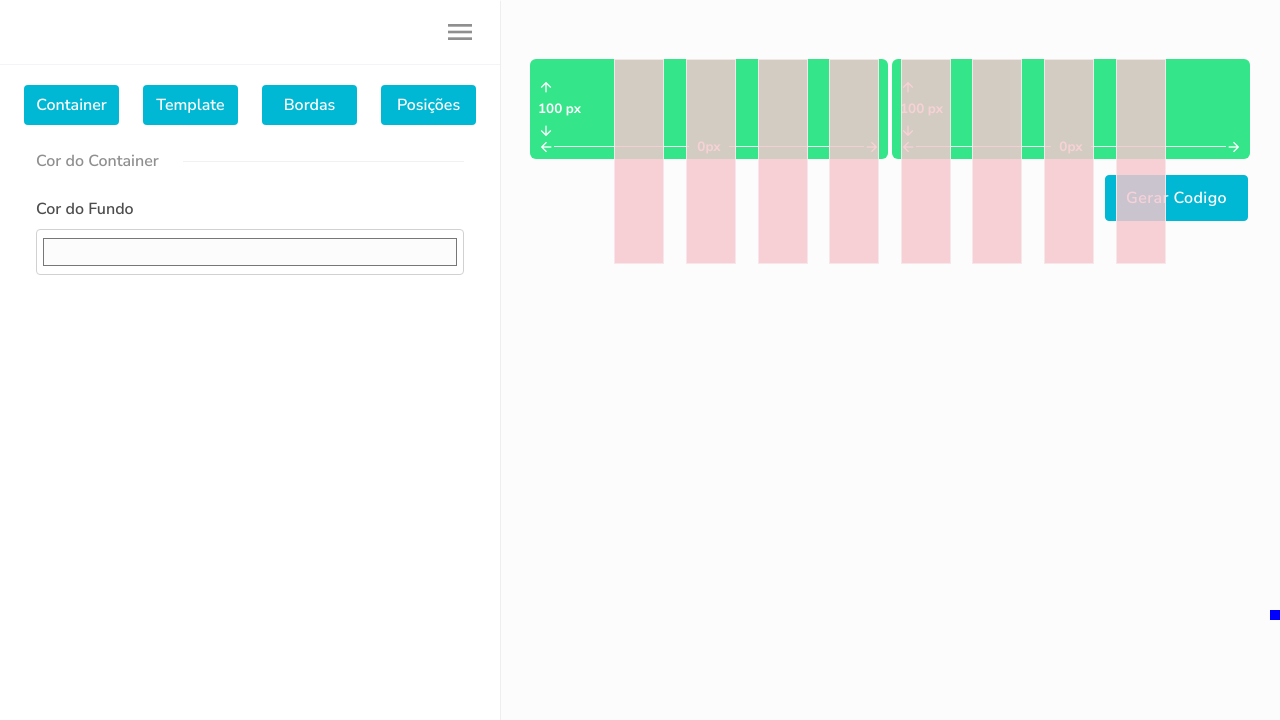
Repository: Flintdl/lowcode-elements
Page: /
These files come from the project's save history. The page is drawn as it stood at one moment and after the next save; the edit follows.
The browser window is 1280 px wide. The pictures show the whole page.
After loading, the first visible `div.sf-content-page` was clicked once.
The project was rebuilt for these pictures with package versions that can differ from the ones it lists, and the page was loaded fresh each time. Also part of the build but not shown: vue.config.js.

Above is the page before, as saved 2022-04-10 15:07:22.

### src/components/Menu/MenuTemplate.vue
<template>
  <div>
    <div
      class="ham burger-link-mobile sf-display-flex sf-display-md-none"
      @click="menu"
    >
      <i class="mdi mdi-menu sf-text-xlg sf-text-muted sf-dropdown-action"></i>
    </div>
    <nav class="sf-menu">
      <div class="sf-menu-header">
        <div
          @click="menu"
          class="hamburger-link sf-display-none sf-display-md-block"
        >
          <i
            class="mdi mdi-menu sf-text-xlg sf-text-muted sf-dropdown-action"
          ></i>
        </div>
      </div>
      <div class="sf-menu-body">
        <div class="sf-row sf-px-4" style="visibility: visible">
          <div
            v-for="tab of tabs"
            v-bind:key="tab.label"
            class="sf-col-3 sf-text-center sf-form-group"
          >
            <div
              @click="showContent"
              :dataRef="tab.ref"
              class="sf-btn-primary sf-cursor-pointer sf-p-2 sf-text-white sf-font-weight-bold sf-border-radius"
            >
              {{ tab.label }}
            </div>
          </div>
        </div>
        <ul class="sf-menu-ul sf-menu-content open" ref="container-collapse">
          <li class="sf-menu-li sf-px-4">
            <div class="sf-col-12 sf-form-group">
              <span
                class="sf-text-nowrap sf-text-md sf-font-weight-bold sf-text-muted sf-display-flex sf-align-items-center"
              >
                Cor do Container
                <hr class="sf-width-100 sf-ml-4" />
              </span>
            </div>
            <InputContainerColor
              :valorInput="inputContainerColor"
              v-on:callback="getValorContainerCor"
            />
          </li>
        </ul>
        <ul class="sf-menu-ul sf-menu-content" ref="template-collapse">
          <li class="sf-menu-li sf-px-4">
            <div class="sf-row">
              <div class="sf-col-12 sf-form-group">
                <span
                  class="sf-text-md sf-font-weight-bold sf-text-muted sf-display-flex sf-align-items-center"
                >
                  Template
                  <hr class="sf-width-100 sf-ml-4" />
                </span>
              </div>
              <InputGapTemplate
                :valorInput="inputGap"
                v-on:callback="getValorCampo"
              />
              <InputQuantidadeTemplate
                :valorInput="inputQuantidade"
                v-on:callback="getValorCampoQuantidade"
              />
              <InputQuantLinhasTemplate
                :valorInput="inputQuantidadeLinha"
                v-on:callback="getValorCampoQuantidadeLinha"
              />
              <InputLarguraBloco
                :valorInput="inputRange"
                v-on:callback="getValorLarguraBloco"
              />
              <InputAlturaBloco
                :valorInput="valorHeight"
                v-on:callback="getValorAlturaBloco"
              />
            </div>
            <div class="sf-row">
              <div class="sf-col-4 sf-form-group">
                <label class="sf-label">Cor</label>
                <input
                  type="color"
                  id="inputColor"
                  v-model="inputColor"
                  class="sf-p-1 sf-text-capitalize"
                  placeholder="Quantidade de Blocos"
                />
              </div>
            </div>
          </li>
        </ul>
        <ul class="sf-menu-ul sf-menu-content" ref="border-collapse">
          <li class="sf-menu-li sf-px-4">
            <div class="sf-row">
              <div class="sf-col-12 sf-form-group">
                <span
                  class="sf-text-md sf-font-weight-bold sf-text-muted sf-display-flex sf-align-items-center"
                >
                  Bordas
                  <hr class="sf-width-100 sf-ml-4" />
                </span>
              </div>
              <InputBorderRadiusBloco
                :valorInput="inputBorderRadius"
                v-on:callback="getValorRadiusBloco"
              />
              <InputBorderBloco
                :valorInput="inputBorder"
                v-on:callback="getValorBorderBloco"
              />
              <InputBorderCorBloco
                :valorInput="inputBorderColor"
                v-on:callback="getValorBorderCorBloco"
              />
              <InputBorderTipoBloco
                :valorInput="inputBorderTipo"
                v-on:callback="getValorBorderTipoBloco"
              />
            </div>
          </li>
        </ul>
        <ul class="sf-menu-ul sf-menu-content" ref="position-collapse">
          <li class="sf-menu-li sf-px-4">
            <InputPosicaoBloco
              :valorInput="checkValue"
              v-on:callback="getValorPosicaoBloco"
            />
          </li>
        </ul>
      </div>
    </nav>
    <div class="sf-content-page sf-background-resize" :style="containerCss">
      <HomeView
        :valor="inputRange"
        :inputGap="inputGap"
        :valorHeight="valorHeight"
        :quantidade="parseInt(inputQuantidade)"
        :quantidadeLinha="parseInt(inputQuantidadeLinha)"
        :inputBorderRadius="inputBorderRadius"
        :checkValue="checkValue"
        :inputColor="inputColor"
        :inputBorder="inputBorder"
        :inputBorderColor="inputBorderColor"
        :inputBorderTipo="inputBorderTipo"
      />
    </div>
    <div class="ga-mascara-fundo" @click="mask"></div>
  </div>
</template>

<script>
import HomeView from "@/views/HomeView.vue";
import InputGapTemplate from "@/components/templates/InputGapTemplate.vue";
import InputQuantidadeTemplate from "@/components/templates/InputQuantidadeTemplate.vue";
import InputQuantLinhasTemplate from "@/components/templates/InputQuantLinhasTemplate.vue";
import InputLarguraBloco from "@/components/templates/InputLarguraBloco.vue";
import InputAlturaBloco from "@/components/templates/InputAlturaBloco.vue";
import InputBorderRadiusBloco from "@/components/templates/InputBorderRadiusBloco.vue";
import InputBorderBloco from "@/components/templates/InputBorderBloco.vue";
import InputPosicaoBloco from "@/components/templates/InputPosicaoBloco.vue";
import InputBorderCorBloco from "@/components/templates/InputBorderCorBloco.vue";
import InputBorderTipoBloco from "@/components/templates/InputBorderTipoBloco.vue";
import InputContainerColor from "@/components/templates/InputContainerColor.vue";
import image from "@/assets/logo-soften.webp";

export default {
  name: "MenuTemplate",
  data: function () {
    return {
      inputQuantidade: (this.inputQuantidade = "2"),
      inputQuantidadeLinha: (this.inputQuantidadeLinha = "2"),
      inputBorderRadius: (this.inputBorderRadius = "6"),
      inputRange: (this.inputRange = "100"),
      valorHeight: (this.valorHeight = "100"),
      inputGap: (this.inputGap = "4"),
      checkValue: (this.checkValue = "center"),
      inputColor: (this.inputColor = "#34E589"),
      inputBorder: (this.inputBorder = "0"),
      inputBorderColor: (this.inputBorderColor = ""),
      inputBorderTipo: (this.inputBorderTipo = ""),
      inputContainerColor: (this.inputContainerColor = "#FCFCFC"),
      image: image,

      tabs: [
        { label: "Container", ref: "container-collapse" },
        { label: "Template", ref: "template-collapse" },
        { label: "Bordas", ref: "border-collapse" },
        { label: "Posições", ref: "position-collapse" },
      ],
    };
  },
  components: {
    HomeView,
    InputGapTemplate,
    InputQuantidadeTemplate,
    InputQuantLinhasTemplate,
    InputLarguraBloco,
    InputAlturaBloco,
    InputPosicaoBloco,
    InputBorderRadiusBloco,
    InputBorderBloco,
    InputBorderCorBloco,
    InputBorderTipoBloco,
    InputContainerColor,
  },
  beforeMount() {
    function attr() {
      var p = document.querySelector(".sf-background-resize");

      p.addEventListener(
        "click",
        function init() {
          p.removeEventListener("click", init, false);
          p.className = p.className + " resizable";
          var resizer = document.createElement("div");
          resizer.className = "resizer";
          p.appendChild(resizer);
          resizer.addEventListener("mousedown", initDrag, false);
        },
        false
      );

      var startX, startWidth;

      function initDrag(e) {
        startX = e.clientX;
        startWidth = parseInt(
          document.defaultView.getComputedStyle(p).width,
          10
        );
        document.documentElement.addEventListener("mousemove", doDrag, false);
        document.documentElement.addEventListener("mouseup", stopDrag, false);
      }

      function doDrag(e) {
        console.log(p.offsetWidth);
        console.log(document.body.offsetWidth);
        p.style.width = startWidth + e.clientX - startX + "px";
      }

      function stopDrag() {
        document.documentElement.removeEventListener(
          "mousemove",
          doDrag,
          false
        );
        document.documentElement.removeEventListener(
          "mouseup",
          stopDrag,
          false
        );
      }
    }

    setTimeout(() => {
      attr();
    }, 1000);

    if (window.innerWidth >= 768) {
      if (localStorage.getItem("menu") === "fechado") {
        document.body.classList.add("menu-fechado");
      } else {
        document.body.classList.remove("menu-fechado");
      }
    }

    (function () {
      var current = window.location.pathname.split("")[0];
      if (current === "") return;
      var menuItems = document.querySelectorAll(".sf-menu-list-link");
      for (var i = 0, len = menuItems.length; i < len; i++) {
        if (menuItems[i].getAttribute("href").indexOf(current) !== -1) {
          menuItems[i].className += " active-nolink";
          menuItems[i].nextElementSibling.className += " active-nolink";
        }
      }
    })();
  },
  computed: {
    containerCss() {
      return {
        "background-color": this.inputContainerColor,
        height: "100vh",
      };
    },
  },
  methods: {
    showContent(e) {
      var referenciaItem = this.$refs[e.currentTarget.getAttribute("dataRef")];
      for (let i = 0; i < this.tabs.length; i++) {
        const element = this.tabs[i];
        if (this.$refs[element.ref]) {
          if (this.$refs[element.ref].classList.contains("open"))
            this.$refs[element.ref].classList.remove("open");
        }
      }
      if (referenciaItem) {
        referenciaItem.classList.toggle("open");
        if (!referenciaItem.classList.contains("open")) {
          referenciaItem.classList.remove("open");
        } else {
          referenciaItem.classList.add("open");
        }
      }
    },
    menu() {
      if (window.innerWidth >= 768) {
        document.body.classList.toggle("menu-fechado");
        if (document.body.classList.contains("menu-fechado")) {
          localStorage.setItem("menu", "fechado");
        } else {
          localStorage.removeItem("menu");
        }
      } else {
        document.body.classList.toggle("menu-mobile-aberto");
      }
    },
    mask() {
      document.body.classList.remove("menu-mobile-aberto");
    },
    getValorCampo(valor) {
      this.inputGap = valor;
    },
    getValorCampoQuantidade(valor) {
      this.inputQuantidade = valor;
    },
    getValorCampoQuantidadeLinha(valor) {
      this.inputQuantidadeLinha = valor;
    },
    getValorLarguraBloco(valor) {
      this.inputRange = valor;
    },
    getValorAlturaBloco(valor) {
      this.valorHeight = valor;
    },
    getValorRadiusBloco(valor) {
      this.inputBorderRadius = valor;
    },
    getValorBorderBloco(valor) {
      this.inputBorder = valor;
    },
    getValorBorderCorBloco(valor) {
      this.inputBorderColor = valor;
    },
    getValorBorderTipoBloco(valor) {
      this.inputBorderTipo = valor;
    },
    getValorContainerCor(valor) {
      this.inputContainerColor = valor;
    },
    getValorPosicaoBloco(valor) {
      this.checkValue = valor;
    },
  },
};

// function dropdown(menu) {
//   var dropdowns = document.getElementsByClassName("sf-dropdown-menu");
//   var i;
//   for (i = 0; i < dropdowns.length; i++) {
//     var openDropdown = dropdowns[i];
//     if (openDropdown.classList.contains("show")) {
//       openDropdown.classList.remove("show");
//     }
//   }
//   document.querySelector(menu).classList.toggle("show");
// }
</script>

<style lang="scss">
.sf-background-resize.resizable {
  background: cyan;
  position: relative;
  max-width: calc(100vw - 500px);
  min-width: 250px;
}

.sf-background-resize .resizer {
  width: 10px;
  height: 10px;
  background: blue;
  position: absolute;
  right: 0;
  bottom: 100px;
  cursor: se-resize;
}

@import "@/assets/scss/style.scss";
@import "@/assets/scss/standard.scss";
@import "@/assets/scss/menu.scss";
</style>

### src/assets/scss/_variables.scss
// Primarys Colors
$standardTextColor: #4d4d4d;

$primaryColor: #8e6dff;
$secondaryColor: #009997;
$buttonDisableColor: #9c9c9c;
$buttonDisableBgColor: #7676764d;

// Menu Colors

$bgMenuColor: #1d1d1d;
$linkMenuColor: #7b8089;
$iconMenuColor: #2a2a2a;
$borderMenuColor: #323232;

// Botão Colors

$btnPrimary: #00b8d4;
$btnPrimaryHover: #0085b0;

// Generics Colors

$whiteColor: #ffffff;
$mutedColor: #8f8f8f;
$cardColor: #f3f4f7;
$cardColorLight: #f9fafc;
$cardColorLightTwo: #f1f5fc;
$greyLight: #d1d1d1;

// Dropdown Colors

$dropdownHeaderColor: #5f5f5f;
$dropdownColor: #ebffff;

// State Colors

$successColor: #3dc661;
$dangerColor: #e7515a;
$warningColor: #e2a03f;
$infoColor: #2196f3;
$defaultColor: #172b4d;
$lightColor: #e0e0e0;

### src/components/templates/InputGapTemplate.vue
<template>
  <div class="sf-col-3 sf-form-group">
    <label class="sf-label">Espaçamento</label>
    <input
      type="number"
      min="1"
      max="12"
      value="2"
      id="inputGap"
      v-model="valor"
      class="filter-states sf-text-capitalize"
      placeholder="Quantidade de Blocos"
    />
  </div>
</template>

<script>
export default {
  props: {
    valorInput: String,
  },
  computed: {
    valor: {
      get() {
        var inp = this.valorInput;
        return inp;
      },
      set(valorInput) {
        this.$emit("callback", valorInput);
      },
    },
  },
};
</script>

<style></style>

### src/components/templates/InputQuantidadeTemplate.vue
<template>
  <div class="sf-col-4 sf-form-group">
    <label class="sf-label">Quantidade</label>
    <input
      type="number"
      value="1"
      id="inputQuantidade"
      v-model="valor"
      class="filter-states sf-text-capitalize"
      placeholder="Quantidade de Blocos"
    />
  </div>
</template>

<script>
export default {
  props: {
    valorInput: String,
  },
  computed: {
    valor: {
      get() {
        var inp = this.valorInput;
        return inp;
      },
      set(valorInput) {
        this.$emit("callback", valorInput);
      },
    },
  },
};
</script>

<style></style>

### src/components/templates/InputQuantLinhasTemplate.vue
<template>
  <div class="sf-col-5 sf-form-group">
    <label class="sf-label">Quantidade por Linhas</label>
    <input
      type="number"
      min="1"
      max="12"
      value="1"
      id="inputQuantidadeLinha"
      v-model="valor"
      class="filter-states sf-text-capitalize"
      placeholder="Quantidade Linha"
    />
  </div>
</template>

<script>
export default {
  props: {
    valorInput: String,
  },
  computed: {
    valor: {
      get() {
        var inp = this.valorInput;
        return inp;
      },
      set(valorInput) {
        this.$emit("callback", valorInput);
      },
    },
  },
};
</script>

<style></style>

### src/components/templates/InputAlturaBloco.vue
<template>
  <div class="sf-col-6 sf-form-group">
    <label class="sf-label">Altura Bloco</label>
    <div class="sf-input-group">
      <div
        class="sf-input-group-append sf-display-flex sf-justify-content-center"
      >
        <div
          class="sf-display-flex sf-align-items-center sf-justify-content-center sf-border-left-0 sf-border-radius sf-border-radius-left-0 sf-pr-2 sf-text-info sf-font-weight-bold sf-min-80-px"
        >
          <div class="sf-input-group">
            <input
              type="number"
              value="1"
              min="1"
              max="500"
              v-model="valor"
              class="sf-text-md sf-height-fit-content sf-pr-0 sf-pl-1 sf-border-right-0 sf-border-radius-right-0 sf-text-capitalize"
              placeholder="Curva da Borda"
            />
            <div
              class="sf-input-group-append sf-display-flex sf-justify-content-center"
            >
              <div
                class="sf-display-flex sf-align-items-center sf-border sf-justify-content-center sf-border-left-0 sf-border-radius sf-border-radius-left-0 sf-pr-1 sf-text-info sf-font-weight-bold sf-text-sm"
              >
                PX
              </div>
            </div>
          </div>
        </div>
      </div>
      <input
        type="range"
        min="10"
        max="500"
        id="valorHeight"
        v-model="valor"
        class="sf-px-0 sf-border-right-0 sf-border-radius-right-0 sf-text-capitalize"
      />
    </div>
  </div>
</template>

<script>
export default {
  props: {
    valorInput: String,
  },
  computed: {
    valor: {
      get() {
        var inp = this.valorInput;
        return inp;
      },
      set(valorInput) {
        this.$emit("callback", valorInput);
      },
    },
  },
};
</script>

<style></style>

### src/components/templates/InputPosicaoBloco.vue
<template>
  <div class="sf-row">
    <div class="sf-col-12 sf-form-group">
      <span
        class="sf-text-md sf-font-weight-bold sf-text-muted sf-display-flex sf-align-items-center"
      >
        Posições
        <hr class="sf-width-100 sf-ml-4" />
      </span>
    </div>
    <div class="sf-col-auto sf-form-group">
      <input
        id="start"
        type="radio"
        name="positionDivs"
        v-model="valor"
        value="start"
        checked
      />
      <label for="start"> Esquerda</label>
    </div>

    <div class="sf-col-auto sf-form-group">
      <input
        type="radio"
        id="center"
        name="positionDivs"
        v-model="valor"
        value="center"
      />
      <label for="center"> Centro</label>
    </div>

    <div class="sf-col-auto sf-form-group">
      <input
        type="radio"
        id="end"
        name="positionDivs"
        v-model="valor"
        value="end"
      />
      <label for="end"> Final</label>
    </div>
    <div class="sf-col-auto sf-form-group">
      <input
        type="radio"
        id="between"
        name="positionDivs"
        v-model="valor"
        value="between"
      />
      <label for="between"> Laterais</label>
    </div>
    <div class="sf-col-auto sf-form-group">
      <input
        type="radio"
        id="around"
        name="positionDivs"
        v-model="valor"
        value="around"
      />
      <label for="around"> Meio</label>
    </div>
  </div>
</template>

<script>
export default {
  props: {
    valorInput: String,
  },
  computed: {
    valor: {
      get() {
        var inp = this.valorInput;
        return inp;
      },
      set(valorInput) {
        this.$emit("callback", valorInput);
      },
    },
  },
};
</script>

<style></style>

### src/components/templates/InputBorderCorBloco.vue
<template>
  <div class="sf-col sf-form-group">
    <label class="sf-label">Cor</label>
    <input
      type="color"
      id="inputBorderColor"
      v-model="valor"
      class="sf-p-1 sf-text-capitalize"
      placeholder="Quantidade de Blocos"
    />
  </div>
</template>

<script>
export default {
  props: {
    valorInput: String,
  },
  computed: {
    valor: {
      get() {
        var inp = this.valorInput;
        return inp;
      },
      set(valorInput) {
        this.$emit("callback", valorInput);
      },
    },
  },
};
</script>

<style></style>

### src/components/templates/InputBorderTipoBloco.vue
<template>
  <div class="sf-col-10 sf-form-group">
    <label class="sf-label">Tipo de Borda</label>
    <select
      id="inputBorderTipo"
      v-model="control"
      :items="items"
      @change="onSelectType"
      class="sf-text-capitalize"
    >
      <option
        v-bind:key="item.value"
        :value="item.value"
        :disabled="!item.value"
        v-for="item of items"
      >
        {{ item.label }}
      </option>
    </select>
  </div>
</template>

<script>
export default {
  props: {
    valorInput: String,
  },
  data: () => {
    return {
      items: [
        { label: "Solid", value: "solid" },
        { label: "Dashed", value: "dashed" },
      ],
    };
  },
  computed: {
    control: {
      get() {
        return this.valorInput;
      },
      set(valorInput) {
        this.$emit("callback", valorInput);
      },
    },
  },
  methods: {
    onSelectType(event) {
      this.$emit("change", event);
    },
  },
};
</script>

<style></style>

### src/components/templates/InputContainerColor.vue
<template>
  <div class="sf-col sf-form-group">
    <label class="sf-label">Cor do Fundo</label>
    <input
      type="color"
      id="inputContainerColor"
      v-model="valor"
      class="sf-p-1 sf-text-capitalize"
      placeholder="Quantidade de Blocos"
    />
  </div>
</template>

<script>
export default {
  props: {
    valorInput: String,
  },
  computed: {
    valor: {
      get() {
        var inp = this.valorInput;
        return inp;
      },
      set(valorInput) {
        this.$emit("callback", valorInput);
      },
    },
  },
};
</script>

<style></style>

### src/components/templates/DivGrid.vue
<template>
  <div
    class="sf-position-relative sf-overflow-hidden"
    :style="cssDefinido"
    ref="container"
  >
    <div
      class="sf-height-position sf-position-absolute sf-display-flex sf-flex-column sf-px-2"
    >
      <i
        class="mdi mdi-arrow-up sf-text-md sf-text-white sf-dropdown-action"
      ></i>
      <span class="sf-text-white sf-font-weight-extra-bold sf-text-center">
        {{ altura }}
        px
      </span>
      <i
        class="mdi mdi-arrow-down sf-text-md sf-text-white sf-dropdown-action"
      ></i>
    </div>
    <div
      class="sf-width-position sf-width-100 sf-position-absolute sf-display-flex sf-align-items-center sf-px-2"
    >
      <i
        class="mdi mdi-arrow-left sf-text-md sf-text-white sf-dropdown-action"
      ></i>
      <hr class="sf-width-100 sf-mr-2" />
      <span class="sf-text-white sf-font-weight-extra-bold sf-text-center">
        {{ larguraPixel }}px
      </span>
      <hr class="sf-width-100 sf-ml-2" />
      <i
        class="mdi mdi-arrow-right sf-text-md sf-text-white sf-dropdown-action"
      ></i>
    </div>
  </div>
</template>

<script>
export default {
  data() {
    return {
      larguraPixel: null,
    };
  },
  mounted() {
    this.larguraPixel = this.$refs.container?.offsetWidth;
  },

  props: {
    cssDefinido: Object,
    tamanho: String,
    altura: String,
  },
  created() {
    this.$watch("tamanho", () => {
      this.larguraPixel = this.$refs.container?.offsetWidth;
    });
  },
};
</script>

<style lang="scss" scoped>
.sf-height-position,
.sf-width-position {
  font-size: 1.4ch;
}
.sf-height-position {
  transform: translateY(-50%);
  left: 0;
  top: 50%;
}
.sf-width-position {
  transform: translateX(-50%);
  bottom: 0;
  left: 50%;
}
</style>

Loaded but not shown: public/index.html (common file); src/main.js (common file); src/App.vue (common file); src/registerServiceWorker.js (common file); src/router/index.js (common file); src/assets/scss/materialdesignicons.scss (9 lines, source omitted); src/assets/scss/style.scss (4106 lines, source omitted); src/assets/scss/menu.scss (402 lines, source omitted); src/assets/scss/standard.scss (381 lines, source omitted); src/views/HomeView.vue (175 lines, source omitted); src/components/templates/InputBorderRadiusBloco.vue (66 lines, source omitted); src/components/templates/InputBorderBloco.vue (66 lines, source omitted); src/components/templates/InputLarguraBloco.vue (65 lines, source omitted)

After the next save:
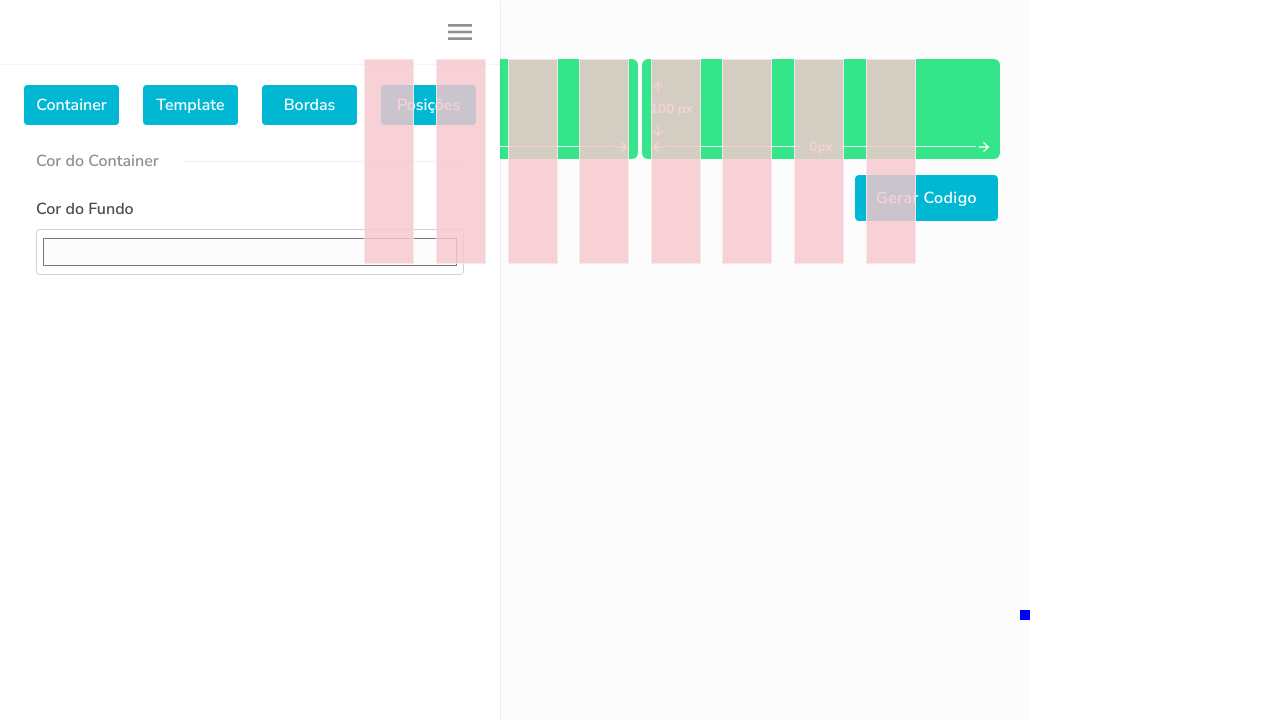
Saved 14 s later.
--- a/src/components/Menu/MenuTemplate.vue
+++ b/src/components/Menu/MenuTemplate.vue
@@ -375,9 +375,10 @@ export default {
 
 <style lang="scss">
 .sf-background-resize.resizable {
+  margin: 0 auto;
+  max-width: calc(100vw - 500px);
   background: cyan;
   position: relative;
-  max-width: calc(100vw - 500px);
   min-width: 250px;
 }
 
